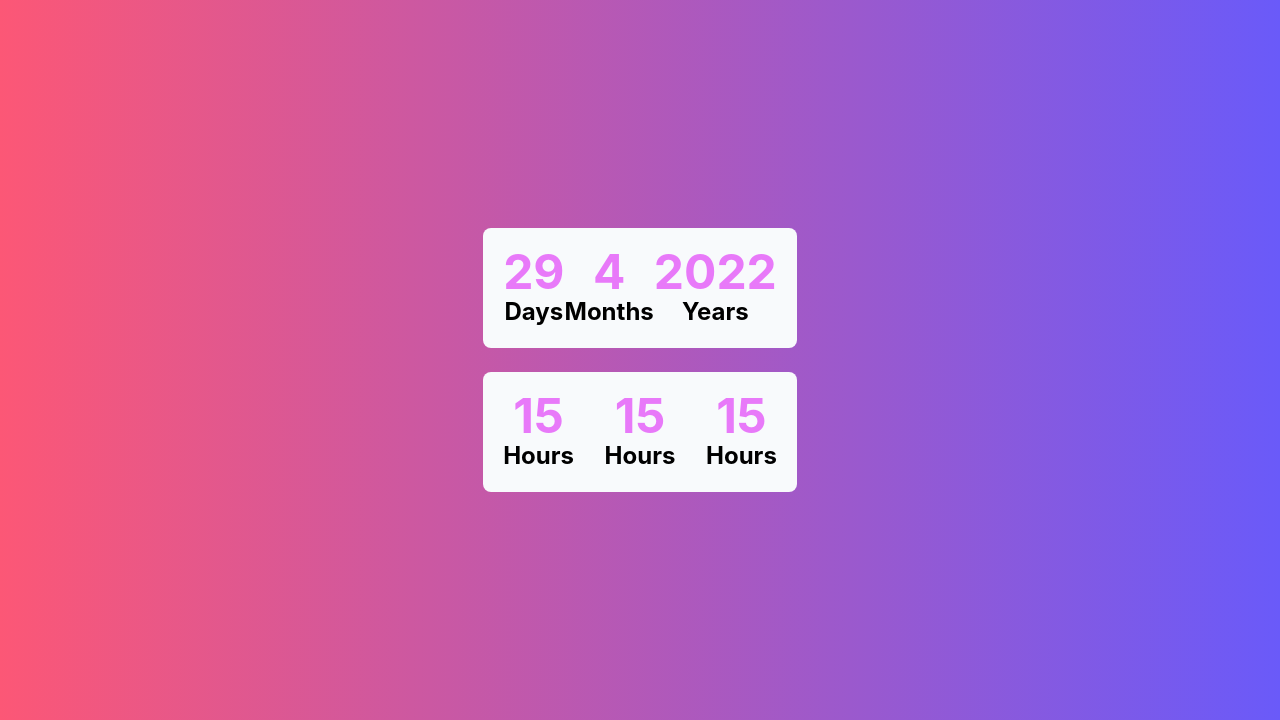
Repository: huynhsang96/bt_codegymHook
Page: /
The author's editor kept a copy of each file at every save. The page is drawn from the files as they stood at one save, then again after the next save.
The browser window is 1280 px wide. The pictures show the whole page.
The project was rebuilt for these pictures with package versions that can differ from the ones it lists, and the page was loaded fresh each time.

Above is the page before, as saved 2022-04-29 16:44:58.

After the next save:
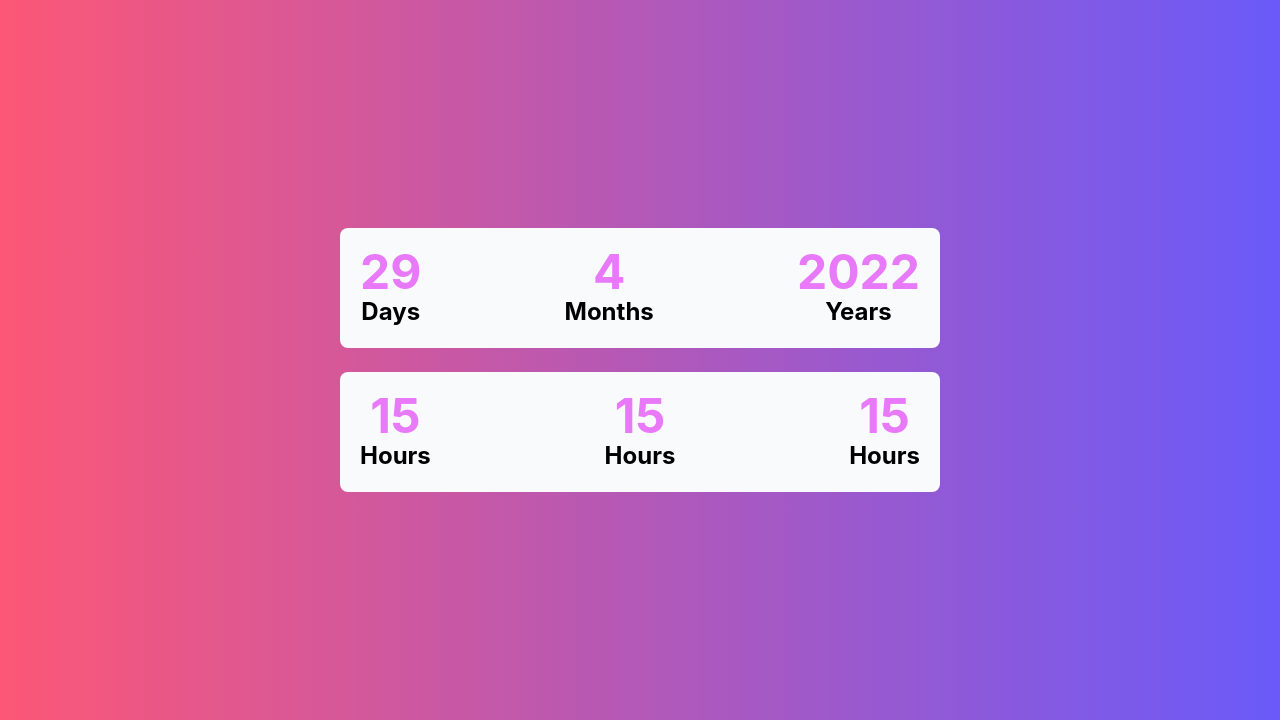
Saved 8 s later.
--- a/src/component/ClockHook/Clock.js
+++ b/src/component/ClockHook/Clock.js
@@ -19,7 +19,7 @@ const Clock = () => {
 
 	return (
 		<div className="p-5 w-full h-full mx-auto">
-			<ul className="flex max-w-[600px] flex-row justify-between bg-slate-50 p-5 rounded-lg">
+			<ul className="flex w-[600px] flex-row justify-between bg-slate-50 p-5 rounded-lg">
 				<li className="flex flex-col justify-center text-center">
 					<span className="font-bold text-5xl text-fuchsia-400">{days}</span>
 					<span className="font-bold text-2xl">Days</span>
